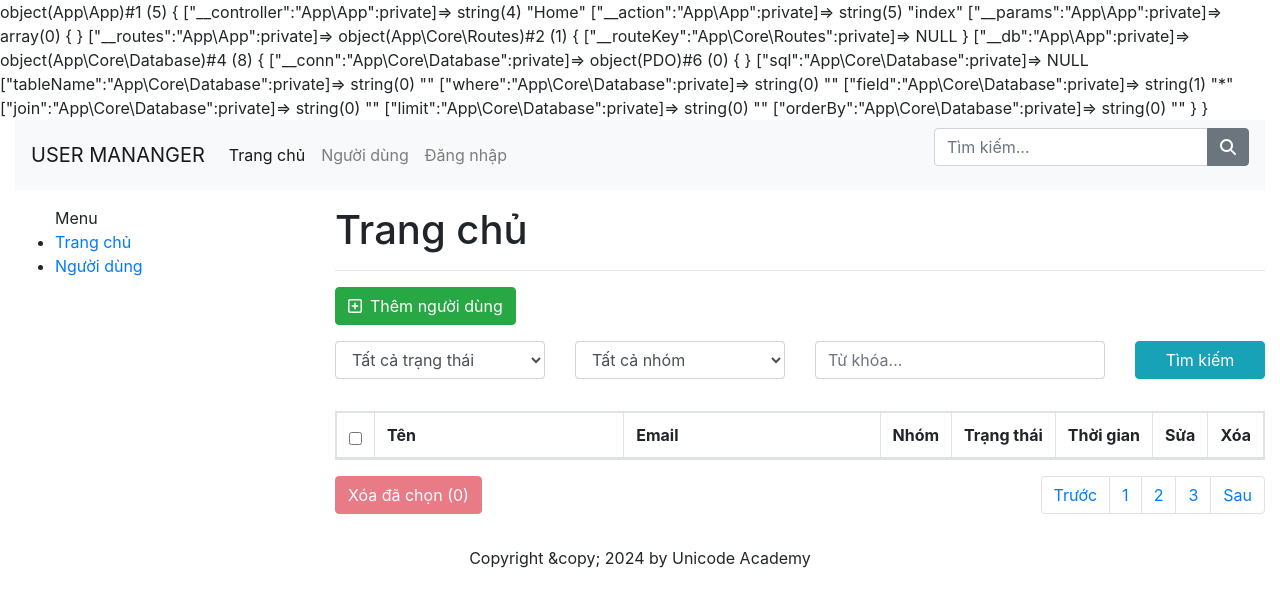
Repository: tam1512/USER_MANAGERMENT_MVC
Page: http://localhost/app/views/blocks/clients/{{_WEB_HOST_ROOT}}
An editor plug-in stored every save of this project. The page is shown before and after the next save, followed by the edit.
The browser window is 1280 px wide. The pictures show the whole page.
The page is run by PHP 8.4 with error messages shown; the project is at /var/www/html/.

Above is the page before, as saved 2024-04-04 17:42:10.

After the next save:
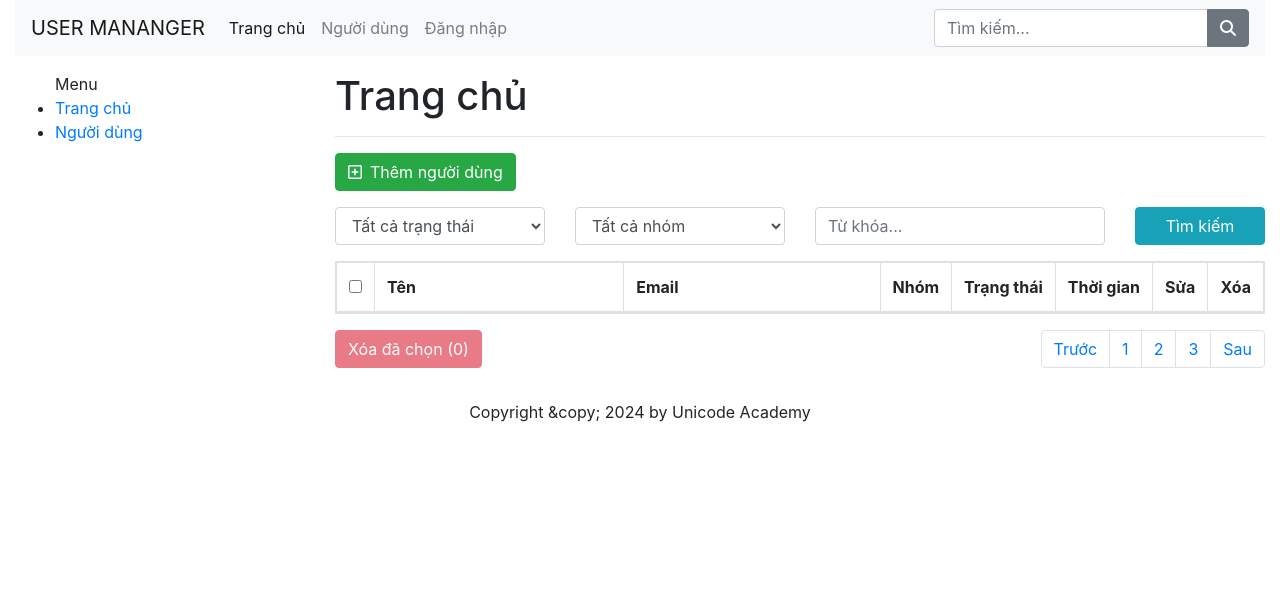
Saved 99 s later.
--- a/app/App.php
+++ b/app/App.php
@@ -13,14 +13,12 @@ class App {
       $this->__action = 'index';
       $this->__params = [];
       $this->__routes = new Routes();
+      self::$app = $this;
 
       if(class_exists('App\Core\DB')) {
          $dbOject = new DB();
          $this->__db = $dbOject->db;
       }
-
-      self::$app = $this;
-      var_dump(self::$app);
 
       $this->handleUrl();
    }
